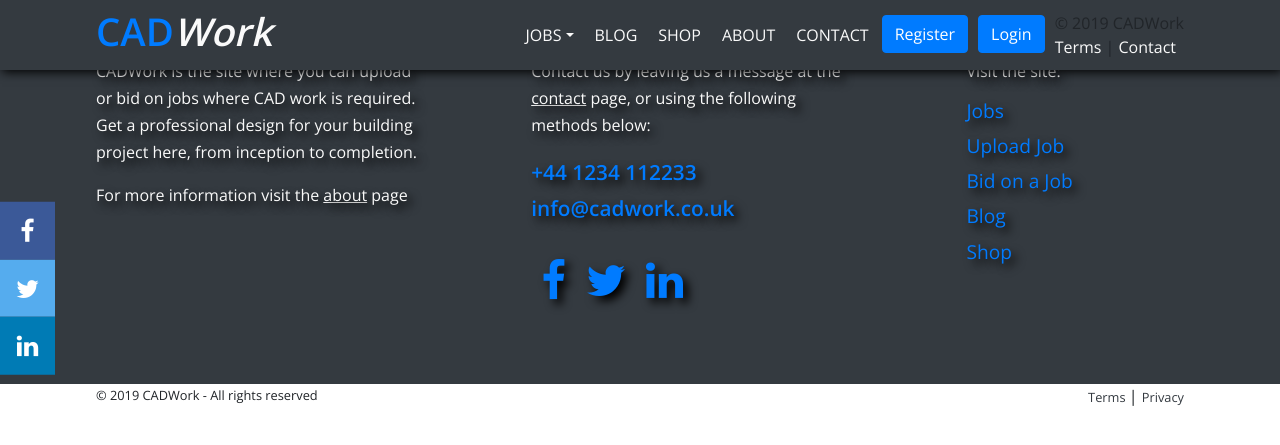
Repository: JShad30/cadwork
Page: templates/base.html
The author's editor kept a record of every edit. The page is drawn from the files as they stood at one moment, then again after the next edit.
The browser window is 1280 px wide. The pictures show the whole page.
The template is drawn by Django 2.2. The application's start-up code is not run. Other server files are loaded and not shown. The template is opened directly, without the code that normally fills it, so the values that code supplies are empty.

Above is the page before.

### templates/base.html
{% load staticfiles %}
<!DOCTYPE html>
<html lang="en">

<head>
	<!--Meta descriptions-->
    <meta charset="UTF-8">
    <meta name="viewport" content="width=device-width, initial-scale=1.0">
    <meta http-equiv="X-UA-Compatible" content="ie=edge">
    <meta name="description" content="Upload jobs and find a CAD Professional for your project">

    <!--Website title and description-->
    <title>CADWork</title>

    <!--Links to font awesome used for social icons and the css file and the bootstrap framework-->
    <link rel="stylesheet" href="https://stackpath.bootstrapcdn.com/bootstrap/4.3.1/css/bootstrap.min.css" integrity="sha384-ggOyR0iXCbMQv3Xipma34MD+dH/1fQ784/j6cY/iJTQUOhcWr7x9JvoRxT2MZw1T" crossorigin="anonymous">
    <link rel="stylesheet" href="https://cdnjs.cloudflare.com/ajax/libs/font-awesome/4.7.0/css/font-awesome.min.css">
    <link rel="stylesheet" href="{% static 'css/styles.css' %}">
</head>

<!--This html page will have the navbar and footer that will be used on every one of the pages-->
<body>

	<nav class="navbar navbar-expand-lg navbar-dark bg-dark">
		<div class="navbar-container">
			<div class="navbar-logo-dropdown-icon">
			    <h2 class="navbar-logo"><a class="navbar-brand" href="#"><span class="navbar-logo-blue">CAD</span><span class="navbar-logo-white">Work</span></a></h2>
			    <button class="navbar-toggler" type="button" data-toggle="collapse" data-target="#navbarNavDropdown" aria-controls="navbarNavDropdown" aria-expanded="false" aria-label="Toggle navigation">
			        <span class="navbar-toggler-icon"></span>
			    </button>
		    </div>
		    <div class="collapse navbar-collapse" id="navbarNavDropdown">
		        <ul class="navbar-nav ml-1">
		        	<li class="nav-item">
		                <a class="nav-link dropdown-toggle" href="#" id="navbarDropdownMenuLink" role="button" data-toggle="dropdown" aria-haspopup="true" aria-expanded="false">Jobs</a>
		        		<div class="dropdown-menu bg-dark" aria-labelledby="navbarDropdownMenuLink">
				            <a class="dropdown-item pl-3" href="#">Upload</a>
				            <a class="dropdown-item pl-3" href="#">Bid</a>
		        		</div>
		      		</li>
		            <li class="nav-item">
		                <a class="nav-link" href="#">Blog</a>
		            </li>
		            <li class="nav-item">
		                <a class="nav-link" href="#">Shop</a>
		            </li>
		            <li class="nav-item">
		                <a class="nav-link" href="#">About</a>
		            </li>
		            <li class="nav-item">
		                <a class="nav-link" href="#">Contact</a>
		            </li>
		            <!--Buttons that link to pages allowing the user to sign up or login to their membership area-->

	                {% if user.is_authenticated %}
	                <!--Account link which only appears if user is logged in-->
	                <div class="nav-item">
	                	<a class="nav-link" href="#">Account</a>
	                </div>
	                <div class="nav-item">
	                	<button class="btn btn-info" href="#" role="button">Logout</button>
	                </div>

		            {% else %}
		            <div class="nav-item nav-buttons">
	                	<button class="btn btn-primary" href="#" role="button">Register</button>
	                	<button class="btn btn-primary" href="#" role="button">Login</button>
	                </div>
		            {% endif %}
		    	</ul>
		    	<!--Contact and about page only appears in mobile views-->
		        <div class="contact-about-navbar">
		          	<div class="contact-about-navbar-links">
		          		<span class="contact-about-link">&#169; 2019 CADWork</span>
		          		<div class="">
			            <a id="terms-navbar" class="terms-privacy-link" href="#">Terms</a> |
			            <a id="privacy-navbar" class="terms-privacy-link" href="#">Contact</a>
			        </div>
		        </div>
		  	</div>
		</div>
	</nav>

    <!--These social icons only display where the website is being displayed on mobile views -->
    <div class="icon-bar-desktop-views">
		<a href="https://www.facebook.com/" target="_blank" class="icon-bar-facebook"><i class="fa fa-facebook"></i></a>
		<a href="https://twitter.com/" target="_blank" class="icon-bar-twitter"><i class="fa fa-twitter"></i></a>
		<a href="https://www.linkedin.com/?hl=en" target="_blank" class="icon-bar-linkedin"><i class="fa fa-linkedin"></i></a>
	</div>

    {% block content %}
    {% endblock %}

    <footer class="footer">
		<div class="footer-top">
			<div class="footer-container">
	            <!--Links at the top of the footer section-->
				<div class="footer-top-areas">
					<!--Select the recipes by meal type-->
					<div class="footer-section">
						<h3 class="footer-header">About Us</h3>
						<p class="footer-paragraph">CADWork is the site where you can upload or bid on jobs where CAD work is required. Get a professional design for your building project here, from inception to completion.</p>
						<p class="footer-paragraph">For more information visit the <span class="footer-about-contact-link"><a href="#">about</a></span> page</p>
					</div>
					<!--Select recipes by allergen requirements-->
					<div class="footer-section">
						<h3 class="footer-header">Contact Us</h3>
						<p class="footer-paragraph">Contact us by leaving us a message at the <span class="footer-about-contact-link"><a href="#">contact</a></span> page, or using the following methods below:</p>
						<div class="footer-contact options">
							<p class="footer-paragraph" id="footer-paragraph-phone"><a href="tel://+441234112233">+44 1234 112233</a></p>
							<p class="footer-paragraph" id="footer-paragraph-email"><a href="mailto:info@cadwork.co.uk">info@cadwork.co.uk</a></p>
						</div>
						<!--Social links in the footer-->
						<div class="footer-social">
			                <ul class="social-links">
			                    <li class="social"><a class="dropdown-content-link social-link" href="https://www.facebook.com/" target="_blank"><i class="fa fa-facebook"></i></a></li>
			                    <li class="social"><a class="dropdown-content-link social-link" href="https://twitter.com/" target="_blank"><i class="fa fa-twitter"></i></a></li>
			                    <li class="social"><a class="dropdown-content-link social-link" href="https://www.linkedin.com/?hl=en" target="_blank"><i class="fa fa-linkedin"></i></a></li>
			                </ul>
			            </div>

					</div>
					<!--Allow the user to select the pages that show the most recent and the most popular recipes-->
					<div class="footer-section" id="footer-about-section">
						<h3 class="footer-header">Useful Links</h3>
						<p class="footer-paragraph">Visit the site:</p>
						<div class="footer-contact options">
							<p class="footer-paragraph footer-link"><a href="#">Jobs</a></p>
							<p class="footer-paragraph footer-link"><a href="#">Upload Job</a></p>
							<p class="footer-paragraph footer-link"><a href="#">Bid on a Job</a></p>
							<p class="footer-paragraph footer-link"><a href="#">Blog</a></p>
							<p class="footer-paragraph footer-link"><a href="#">Shop</a></p>
						</div>
					</div>
				</div>
			</div>
		</div>
		<!--Bottom section of the footer-->
		<div class="footer-bottom">
			<div class="footer-container">
	            <div class="footer-statement">
	            	<!--Copyright statement-->
	            	<p class="statement">&#169; 2019 CADWork - All rights reserved</p>
	            	<div class="footer-contact-about">
						<p class="footer-contact-about-links">
							<!--Links to the contact and about pages-->
							<span class="footer-contact-about-links-span"><a id="about-footer" class="terms-about-link" href="#">Terms </a></span><span class="footer-contact-about-links-divider">|</span>
				            <span class="footer-contact-about-links-span"><a id="contact-footer" class="terms-about-link" href="#">Privacy</a></span>
				        </p>
					</div>
	            </div>
	        </div>
		</div>
	</footer>

    <!--Scripts to run-->
    <script src="https://code.jquery.com/jquery-3.3.1.slim.min.js" integrity="sha384-q8i/X+965DzO0rT7abK41JStQIAqVgRVzpbzo5smXKp4YfRvH+8abtTE1Pi6jizo" crossorigin="anonymous"></script>
    <script src="https://cdnjs.cloudflare.com/ajax/libs/popper.js/1.14.7/umd/popper.min.js" integrity="sha384-UO2eT0CpHqdSJQ6hJty5KVphtPhzWj9WO1clHTMGa3JDZwrnQq4sF86dIHNDz0W1" crossorigin="anonymous"></script>
    <script src="https://stackpath.bootstrapcdn.com/bootstrap/4.3.1/js/bootstrap.min.js" integrity="sha384-JjSmVgyd0p3pXB1rRibZUAYoIIy6OrQ6VrjIEaFf/nJGzIxFDsf4x0xIM+B07jRM" crossorigin="anonymous"></script>

</body>

</html>

### static/css/styles.css
/*Font style imports*/

/*Colours to use in site*/
/*
blue colour - #007bff
dark grey - #343a40
White colour - #FAFAFA
*/

/*Importing the fonts */

/* Open Sans font to be used throughout the site */
@import url('https://fonts.googleapis.com/css?family=Open+Sans:400,600&display=swap');

/* Titillium web to be used for the headers throughout the site */
@import url('https://fonts.googleapis.com/css?family=Titillium+Web:400,700&display=swap');

/* Global styles styles*/

* {
    margin: 0;
    font-family: "Open Sans", sans-serif;
}

h1, h2, h3, h4, h5, h6 {
    font-family: "Titillium Web", sans-serif;
}







/*---------- Navbar ----------*/
.navbar {
    display: flex;
    justify-content: center;
    position: fixed;
    width: 100%;
    padding: 0;
    box-shadow: 2px 2px 10px #000000;
}

.nav-item {
    display: flex;
    flex-direction: column;
    justify-content: flex-start;
    width: 100%;
    align-items: flex-start;
}

.nav-link i {
    font-size: 1.2em;
}

.nav-buttons {
    margin: 20px 0;
    display: flex;
    flex-direction: row;
}

.dropdown-menu {
    position: absolute;
    width: 100%;
    border-color: rgba(255,255,255,0.1);
    border-width: 0.4px;
    width: 150px;
    border-radius: 0;
    border: 0.5px;
}

.dropdown-item {
    text-transform: uppercase;
    color: #FAFAFA;
}

.dropdown-item:hover {
    background-color: #343a40;
}

.btn-primary {
    font-size: 1.4em;
    margin-right: 20px;
}

.dropdown-item:hover {
    color: #007bff;
}

.navbar-container {
    width: 85%;
    max-width: 1200px;
}

.navbar-logo-dropdown-icon {
    height: 70px;
    display: flex;
    flex-direction: row;
    justify-content: space-between;
    align-items: center;
}

.navbar-logo a {
    font-size: 1.2em;
    font-weight: 600;
}

.navbar-logo-blue {
    color: #007bff;
}

.navbar-logo-white {
    color: #FAFAFA;
    font-style: italic;
}

.navbar-dark .nav-item .nav-link {
    text-transform: uppercase;
    color: #fafafa;
    font-weight: 400;
    font-size: 1em;
    margin-right: 5px;
    transition-duration: 0.1s;
    transition-timing-function: ease-in-out;
}

.navbar-dark .nav-item .nav-link:hover {
    transition-property: color;
    color: #007bff;
    transition-duration: 0.1s;
    transition-timing-function: ease-in-out;
}

.terms-privacy-navbar-links {
    display: flex;
    flex-direction: row;
    justify-content: space-between;
    padding: 20px 0;
}

.navbar-social-link .social-link i {
    color: #FAFAFA;
    font-size: 2em;
    margin: 10px 10px 10px 0;
    transition-duration: 0.1s;
    transition-timing-function: ease-in-out;
}

.navbar-social-link .social-link i:hover {
    color: #007bff;
    transition-duration: 0.1s;
    transition-timing-function: ease-in-out;
}

.terms-privacy-navbar a:hover {
    color: #007bff;
    text-decoration: none;
}

.terms-privacy-link {
    color: #FAFAFA;
}

.terms-privacy-navbar-divider {
    color: #FAFAFA;
}

/*---------- End of social icons at the side of the page in desktop views ----------*/







/*----------Social link bar----------*/
.icon-bar-desktop-views {
    top: 40%;
    position: fixed;
    -webkit-transform: translateY(-50%);
    -ms-transform: translateY(-50%);
    transform: translateY(-50%);
}

.icon-bar-desktop-views a {
    display: none;
    text-align: center;
    transition-timing-function: ease-in-out;
    padding: 10px 12px;
    transition-duration: 0.1s;
    color: white;
    font-size: 25px;
}

.icon-bar-facebook {
    background-color: #3B5998;
    color: #FFFFFF;
    width: 55px;
    transition-property: width;
    transition-timing-function: ease-in-out;
}

.icon-bar-facebook:hover {
    transition-property: width;
    transition-timing-function: ease-in-out;
    width: 65px;
}

.icon-bar-twitter {
    background-color: #55ACEE;
    color: #FFFFFF;
    width: 55px;
    transition-property: width;
    transition-timing-function: ease-in-out;
}

.icon-bar-twitter:hover {
    transition-property: width;
    transition-timing-function: ease-in-out;
    width: 65px;
}

.icon-bar-linkedin {
    background-color: #007bb5;
    color: #FFFFFF;
    width: 55px;
    transition-property: width;
    transition-timing-function: ease-in-out;
}

.icon-bar-linkedin:hover {
    transition-property: width;
    transition-timing-function: ease-in-out;
    width: 65px;
}

.icon-bar-facebook:hover,
.icon-bar-twitter:hover,
.icon-bar-linkedin:hover {
    padding-left: 20px;
}
/*----------End of Social link bar----------*/






/*---------- Footer ----------*/
.footer {
    display: flex;
    flex-direction: column;
    align-items: center;
}

.footer-bottom {
    width: 100%;
    display: flex;
    justify-content: center;
}

.footer-top {
    width: 100%;
    background-color: #343a40;
    display: flex;
    justify-content: center;
}

.footer-container {
    width: 85%;
    max-width: 1200px;
}

.footer-top-container {
    margin-top: 2.5em;
}

.footer-bottom-container {
    margin-top: 1em;
}

.footer-section {
    margin-bottom: 3em;
}

.footer-header {
    color: #FAFAFA;
    font-size: 2em;
    margin-bottom: .6em;
    text-shadow: 5px 5px 10px #000000;
}

.footer-paragraph {
    color: #FAFAFA;
    font-size: 1em;
    line-height: 1.7em;
    text-shadow: 5px 5px 10px #000000;
}

.footer-paragraph a {
    transition-duration: 0.1s;
    transition-timing-function: ease-in-out;
}

.footer-link {
    font-size: 1.2em;
    line-height: 1em;
}

.footer-paragraph a:hover {
    transition-property: color;
    color: #FAFAFA;
    transition-duration: 0.1s;
    transition-timing-function: ease-in-out;
    text-decoration: none;
}

.footer-paragraph span {
    text-decoration: underline;
}

.footer-paragraph span a {
    color: #FAFAFA;
    transition-duration: 0.1s;
    transition-timing-function: ease-in-out;
}

.footer-paragraph span a:hover {
    transition-property: color;
    color: #007bff;
    transition-duration: 0.1s;
    transition-timing-function: ease-in-out;
}

#footer-paragraph-phone,
#footer-paragraph-email {
    font-size: 1.3em;
    font-weight: 600;
    margin-bottom: 0;
    color: #007bff;
}

/*Social links at the top of the footer*/
.footer-social {
    width: 100%;
    display: flex;
    justify-content: left;
    align-items: center;
    min-height: 50px;
    margin: 30px 0;
}

.social-links {
    padding: 20px;
    display: flex;
    flex-direction: row;
    justify-content: space-around;
    padding: 0;
    margin: 0;
    list-style-type: none;
}

.social {
    margin: 0 10px;
}

.social-links li a {
    text-decoration: none;
}

.social-links li a i {
    font-size: 2.7em;
    display: flex;
    transition-duration: 0.1s;
    transition-timing-function: ease-in-out;
    color: #007bff;
    text-shadow: 5px 5px 10px #000000;
}

.social-links li a i:hover {
    transition-property: color;
    transition-duration: 0.1s;
    transition-timing-function: ease-in-out;
    color: #FAFAFA;
}

/* Footer copyright and terms and privacy links at the bottom*/
.footer-statement {
    display: flex;
    justify-content: space-between;
}

.statement,
.footer-contact-about-links-span {
    font-size: 0.8em;
}

.statement {
    display: flex;
    align-items: center;
}

.footer-contact-about-links-span a {
    color: #343a40;
    transition-duration: 0.1s;
    transition-timing-function: ease-in-out;
}

.footer-contact-about-links-span a:hover {
    text-decoration: none;
    color: #007bff;
    transition-duration: 0.1s;
    transition-timing-function: ease-in-out;
}

/*---------- End of Footer ----------*/









/*---------- Larger screen sizes ----------*/
/* Horizontal mobile screens */
@media(min-width: 500px) {
}

/*tablet screens*/
@media(min-width: 768px) {

    /*---------- Footer sections ----------*/
    .footer-top-areas {
        display: flex;
        flex-direction: row;
        justify-content: space-between;
    }

    .footer-section {
        width: 30%;
    }

    #footer-about-section {
        width: 20%;
    }
    /*---------- End of Footer sections ----------*/
}

/*Large tablet and small laptop screens*/
@media(min-width: 992px) {
    /*----------Navbar----------*/
    .navbar {
        padding: 0;
    }

    .navbar-container {
        display: flex;
        flex-direction: row;
        justify-content: space-between;
    }

    .terms-privacy-navbar {
        display: none;
    }

    .btn-primary {
        font-size: 1em;
        margin-right: 10px;
    }

    .nav-buttons {
        margin: 0;
    }

    .navbar-social-link {
        display: none;
    }

    .navbar-collapse {
        justify-content: flex-end;
    }

    /*----------Social link bar display----------*/
    .icon-bar-desktop-views a {
        display: block;
    }
    /*End of social link bar display*/
    /*----------End of Navbar in laptop and desktop views-----------*/

}

/*Larger laptop and desktop screens*/
@media(min-width: 1224px) {
}

After the next edit:
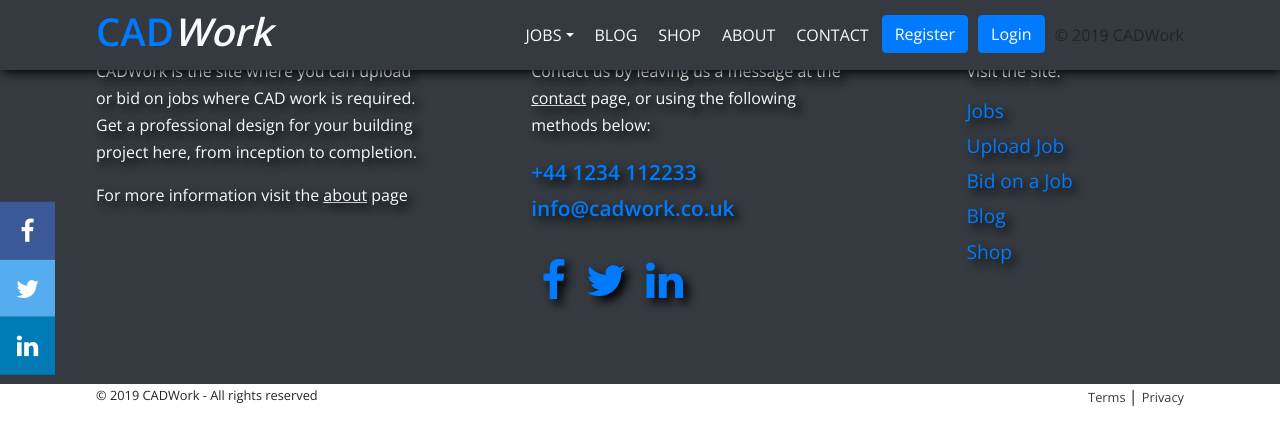
The edit:
--- a/templates/base.html
+++ b/templates/base.html
@@ -72,9 +72,9 @@
 		        <div class="contact-about-navbar">
 		          	<div class="contact-about-navbar-links">
 		          		<span class="contact-about-link">&#169; 2019 CADWork</span>
-		          		<div class="">
-			            <a id="terms-navbar" class="terms-privacy-link" href="#">Terms</a> |
-			            <a id="privacy-navbar" class="terms-privacy-link" href="#">Contact</a>
+		          		<div class="terms-privacy-navbar">
+				            <a id="terms-navbar" class="terms-privacy-link" href="#">Terms</a> | <a id="privacy-navbar" class="terms-privacy-link" href="#">Privacy</a>
+			            </div>
 			        </div>
 		        </div>
 		  	</div>
